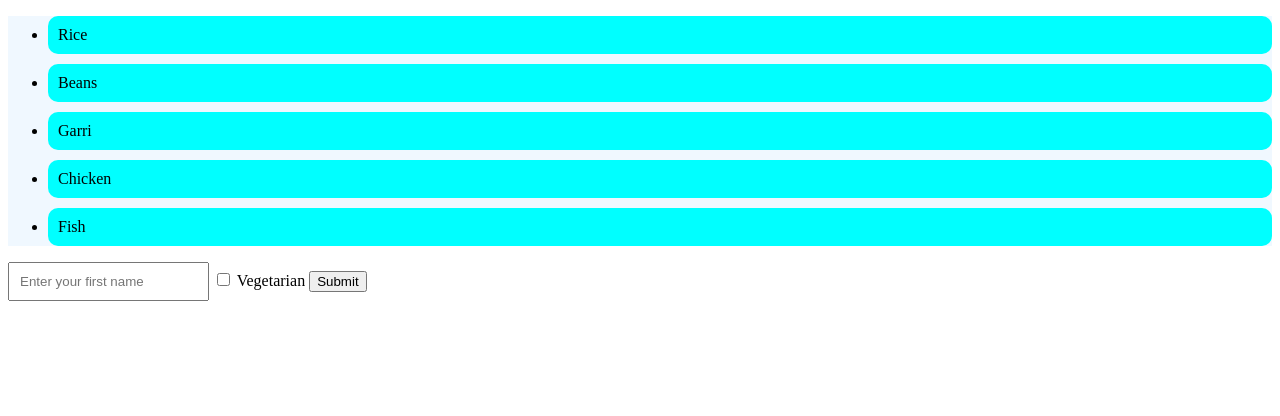
Repository: latenightsnacc/HTML-LESSONS
Page: WEB-DESIGN-2/lessons/pseudoClasses.html
The author's editor kept a copy of each file at every save. The page is drawn from the files as they stood at one save, then again after the next save.
The browser window is 1280 px wide. The pictures show the whole page.

Above is the page before, as saved 2021-09-28 12:09:24.

After the next save:
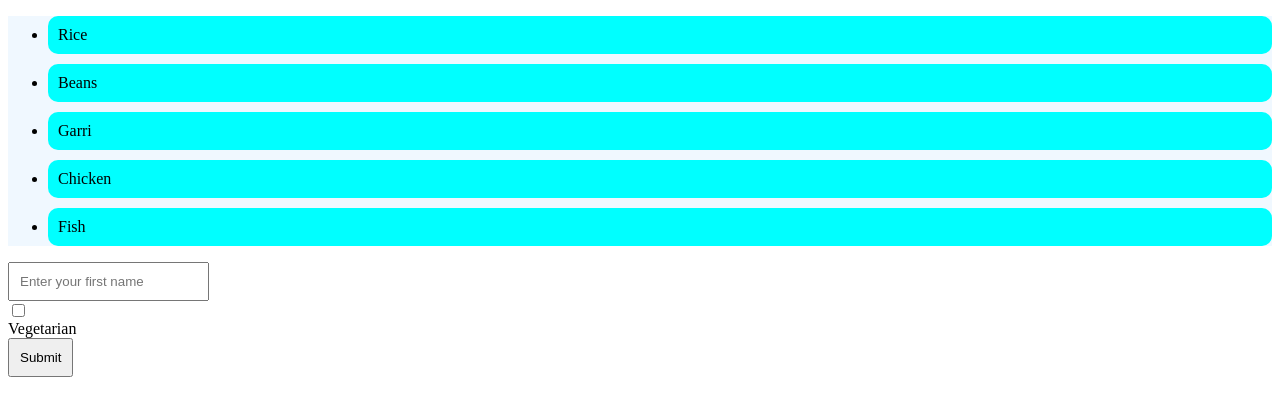
Saved 70 s later.
--- a/WEB-DESIGN-2/lessons/pseudoClasses.html
+++ b/WEB-DESIGN-2/lessons/pseudoClasses.html
@@ -15,9 +15,11 @@
             margin: 10px 0px;
             border-radius: 10px;
         }
+
         .input {
             padding: 10px;
             outline: none;
+            display: block;
         }
         .input:focus {
             border: 2px solid salmon;
@@ -37,9 +39,9 @@
     </ul>
     <form name="contact" id="contact" class="form" method="" action="form.php">
         <input class="input" type="text" name="fname" id="fname" placeholder="Enter your first name" />
-        <input type="checkbox" name="vegetarian" value="Vegetarian" />
+        <input class="input" type="checkbox" name="vegetarian" value="Vegetarian" />
         <label for="vegetarian">Vegetarian</label>
-        <input type="button" value="Submit"/>
+        <input class="input" type="button" value="Submit"/>
     </form>
 </body>
 </html>
